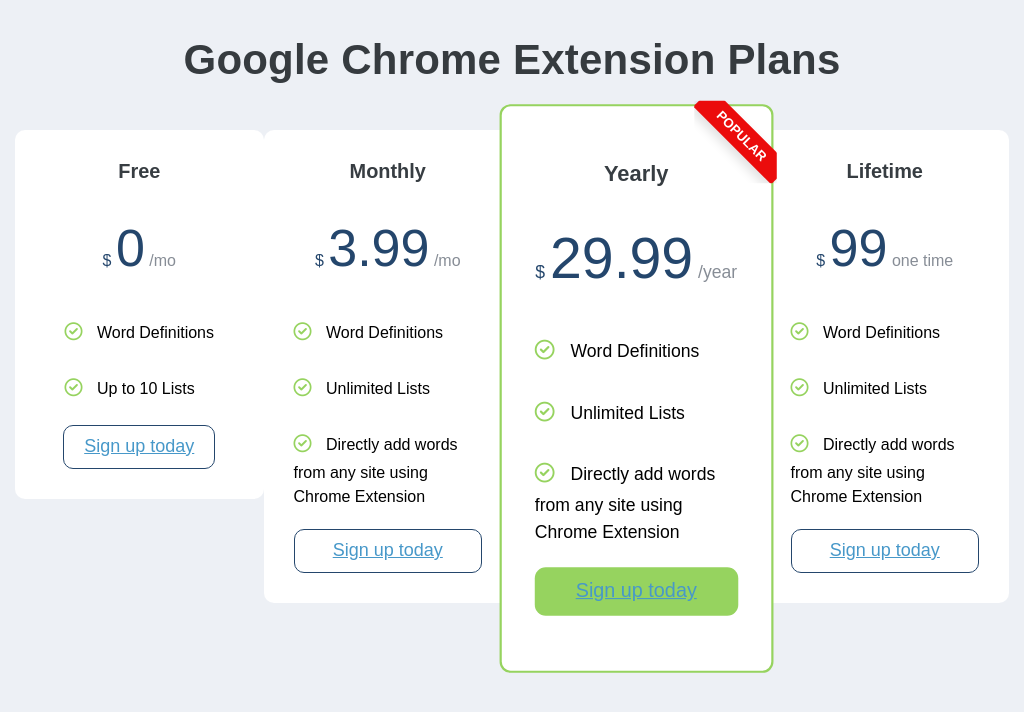
Repository: Novoselets28/chatos-test-task
Page: index.html
An editor plug-in stored every save of this project. The page is shown before and after the next save, followed by the edit.
The browser window is 1024 px wide. The pictures show the whole page.

Above is the page before, as saved 2023-04-19 23:45:46.

After the next save:
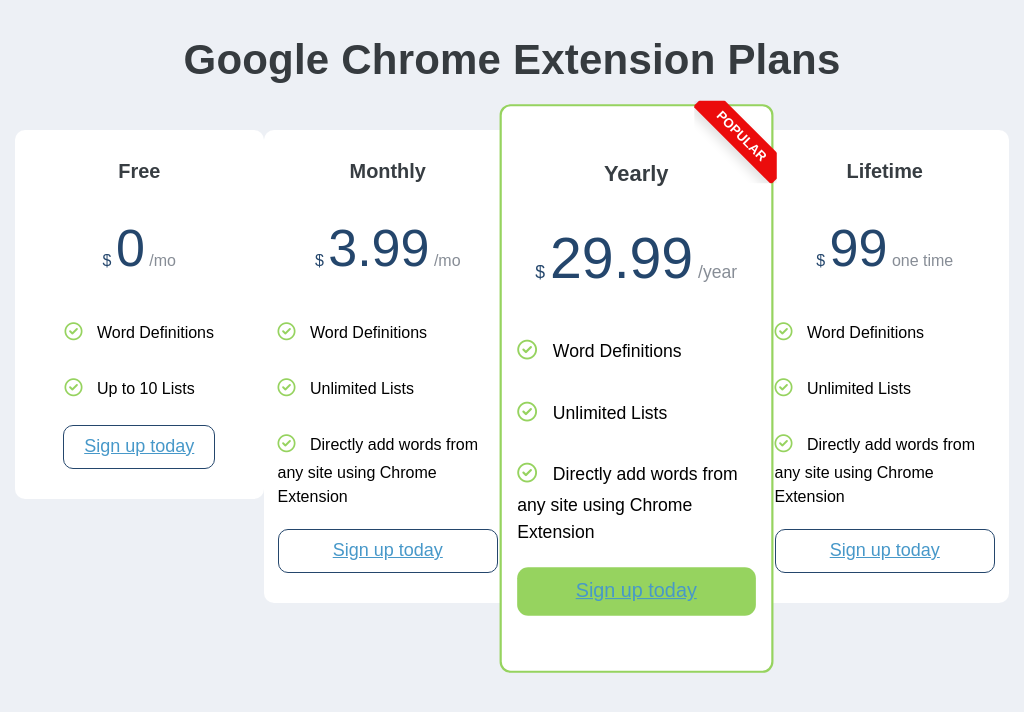
Saved 91 s later.
--- a/index.css
+++ b/index.css
@@ -158,6 +158,12 @@
     margin: 0 1.875rem;
 }
 
+@media (max-width: 1024px){
+    .item-extension__points{
+        margin: 0 0.875rem;
+    }
+}
+
 .item-extension__point{
     color: inherit;
     font-weight: 400;
